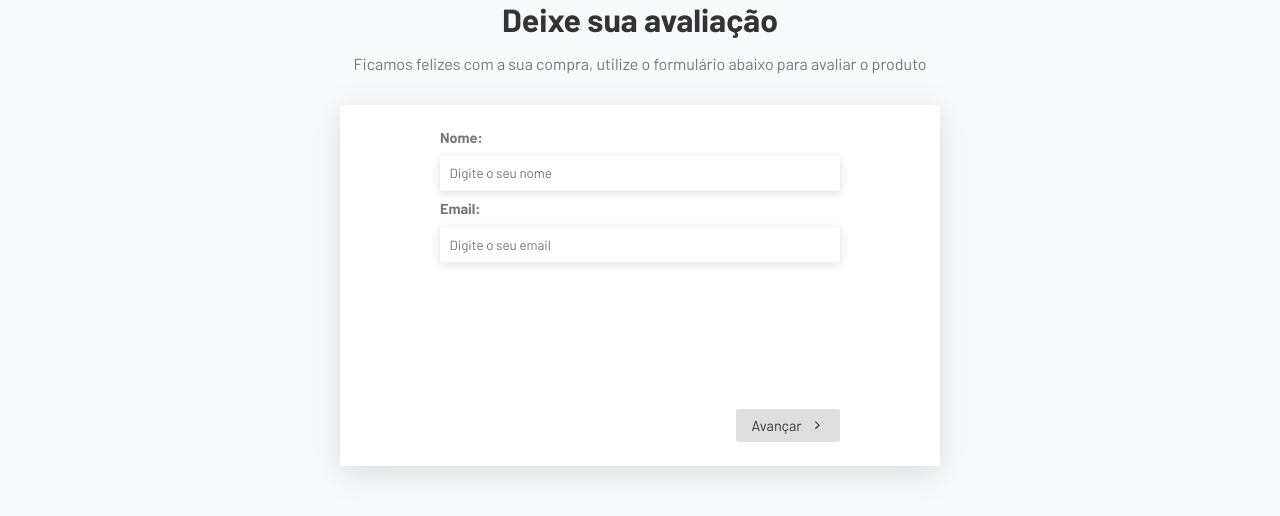
Repository: Bitroia/multistep_form_react
Page: / (app in multistep_form_react/)
An editor plug-in stored every save of this project. The page is shown before and after the next save, followed by the edit.
The browser window is 1280 px wide. The pictures show the whole page.
The project was rebuilt for these pictures with package versions that can differ from the ones it lists, and the page was loaded fresh each time. Also part of the build but not shown: multistep_form_react/vite.config.js.

Above is the page before, as saved 2026-06-12 14:16:35.

After the next save:
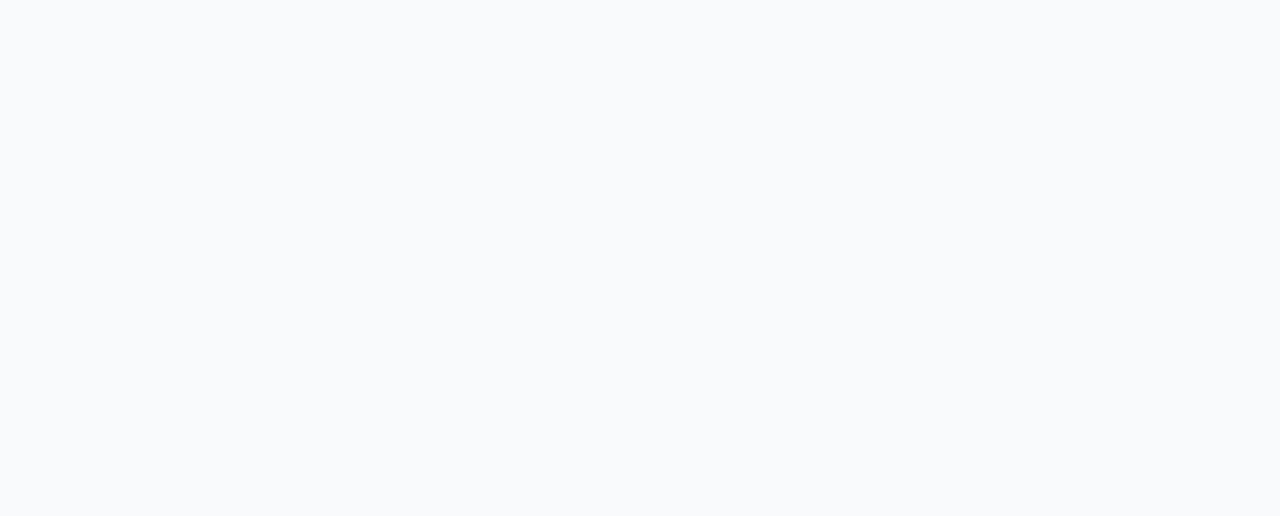
Console error: ReferenceError: impo is not defined
Saved 28 s later.
--- a/multistep_form_react/src/components/Steps.jsx
+++ b/multistep_form_react/src/components/Steps.jsx
@@ -1,4 +1,5 @@
 import React from 'react'
+impo
 
 const Steps = () => {
   return (

After the save that followed:
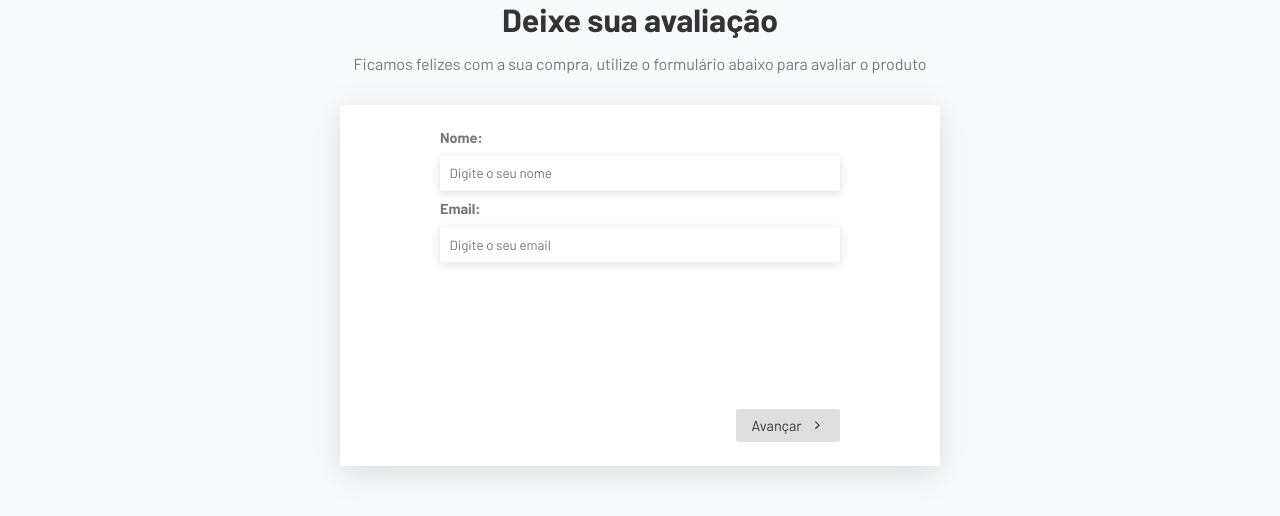
The error is gone.
Saved 5 s later.
--- a/multistep_form_react/src/components/Steps.jsx
+++ b/multistep_form_react/src/components/Steps.jsx
@@ -1,5 +1,5 @@
 import React from 'react'
-impo
+import ""
 
 const Steps = () => {
   return (
